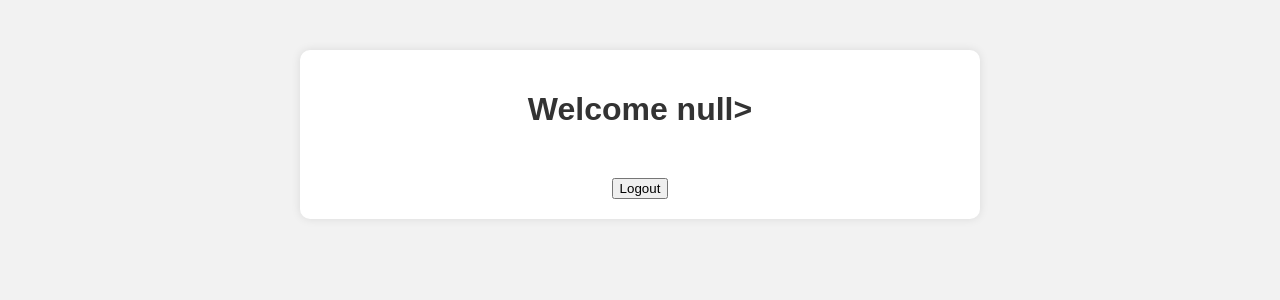
Repository: tattvams/pre-onboarding
Page: http://localhost/basic-webapp-login/Home.jsp
These files come from the project's save history. The page is drawn as it stood at one moment and after the next save; the edit follows.
The browser window is 1280 px wide. The pictures show the whole page.
The page is served by Tomcat 9.

Above is the page before, as saved 2023-12-29 15:06:42.

After the next save:
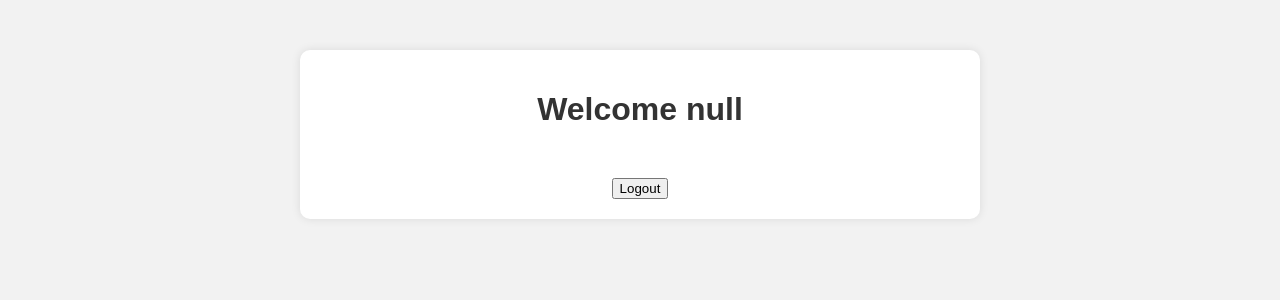
Saved 42 s later.
--- a/basic-webapp-login/src/main/webapp/Home.jsp
+++ b/basic-webapp-login/src/main/webapp/Home.jsp
@@ -10,7 +10,7 @@
 <body>
     <div class="container">
 
-        <h1>Welcome <%=session.getAttribute("username") %>></h1>
+        <h1>Welcome <%=session.getAttribute("username") %></h1>
 
         <div style="text-align: center;">
             <form action="logout" method="post">
